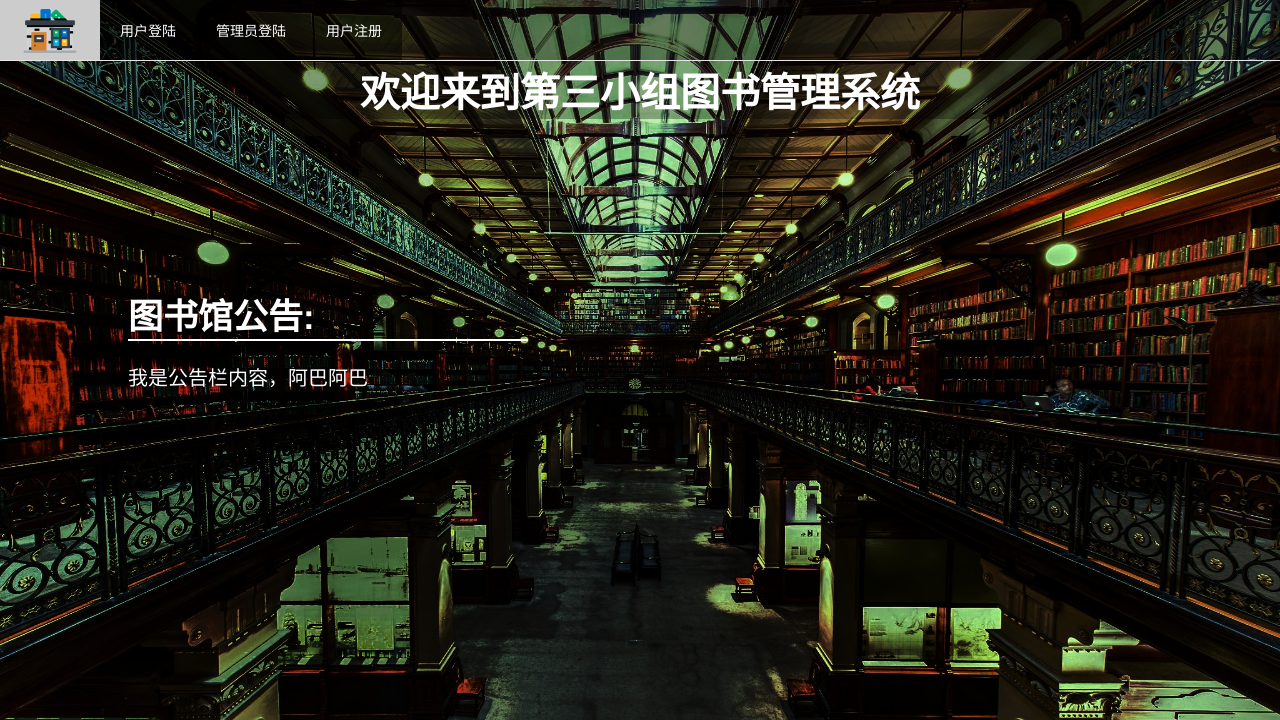
Repository: Akron-xz/helloVue
Page: / (app in vue-library/)
The author's editor kept a copy of each file at every save. The page is drawn from the files as they stood at one save, then again after the next save.
The browser window is 1280 px wide. The pictures show the whole page.
The page's requests for data from a server got no answer. The project was rebuilt for these pictures with package versions that can differ from the ones it lists, and the page was loaded fresh each time. No one was signed in, and anything a server would have sent is missing.

Above is the page before, as saved 2020-11-24 17:58:48.

After the next save:
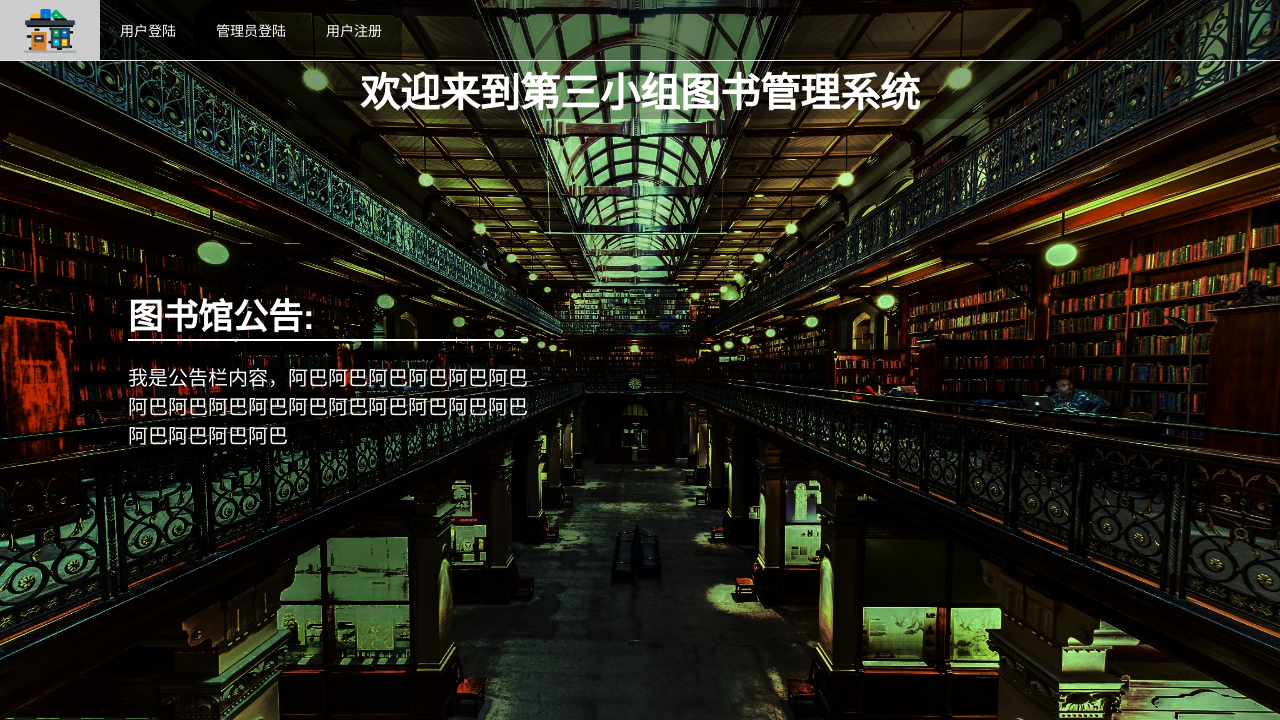
Saved 45 s later.
--- a/vue-library/src/views/Home.vue
+++ b/vue-library/src/views/Home.vue
@@ -46,7 +46,7 @@ export default {
   data() {
     return {
       announceTime: "",
-      announceContent: "我是公告栏内容，阿巴阿巴",
+      announceContent: "我是公告栏内容，阿巴阿巴阿巴阿巴阿巴阿巴阿巴阿巴阿巴阿巴阿巴阿巴阿巴阿巴阿巴阿巴阿巴阿巴阿巴阿巴",
       permission: false,
     };
   },
